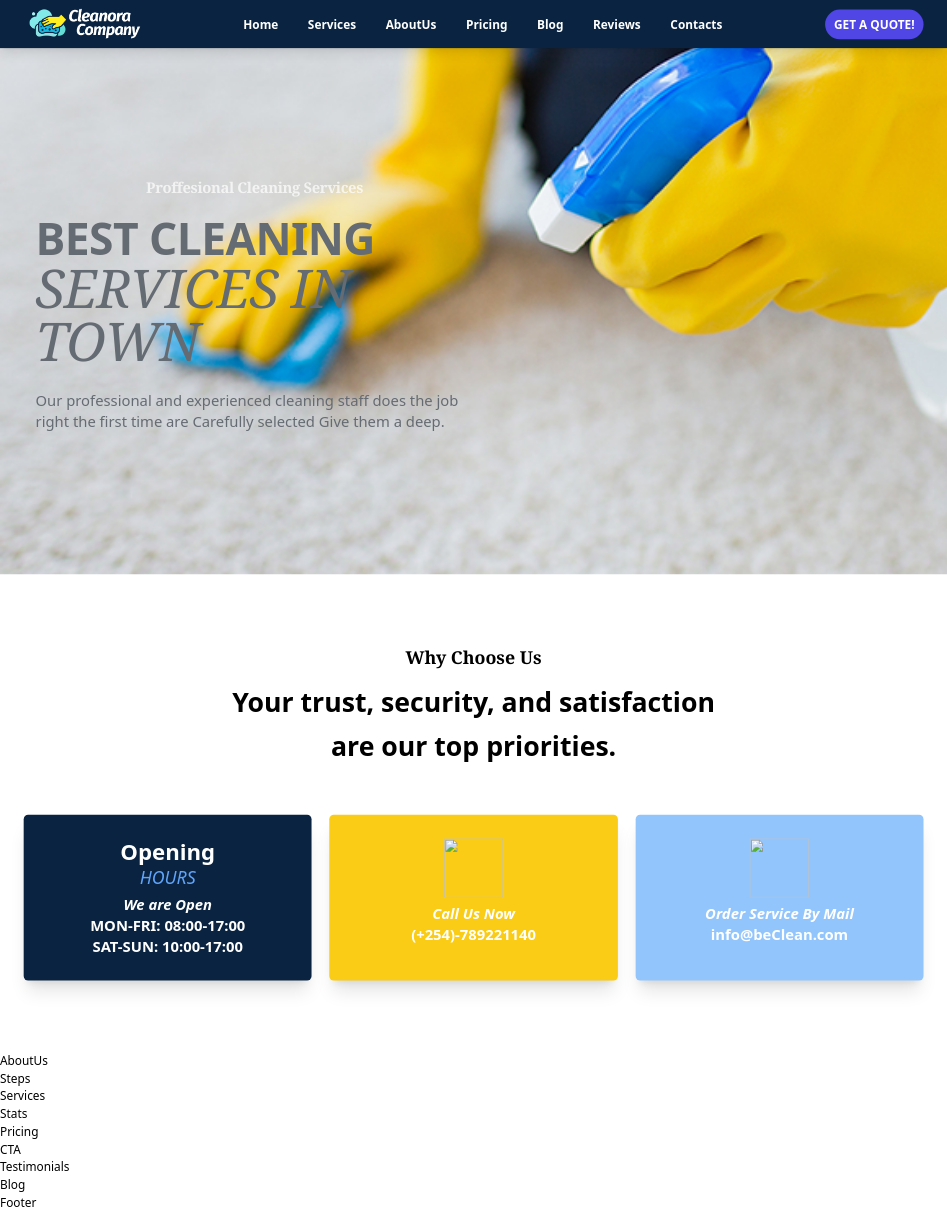
Repository: remydev47/cleonara
Page: /
These files come from the project's save history. The page is drawn as it stood at one moment and after the next save; the edit follows.
The browser window is 1280 px wide. The pictures show the whole page, at 74% of full size.
The project was rebuilt for these pictures with package versions that can differ from the ones it lists, and the page was loaded fresh each time. The framework's server and built-in components were replaced by stand-ins that run in the browser. Also part of the build but not shown: next.config.js.

Above is the page before, as saved 2022-11-01 12:50:10.
Not found: images/mail.png
Not found: images/smartphone.png

After the next save:
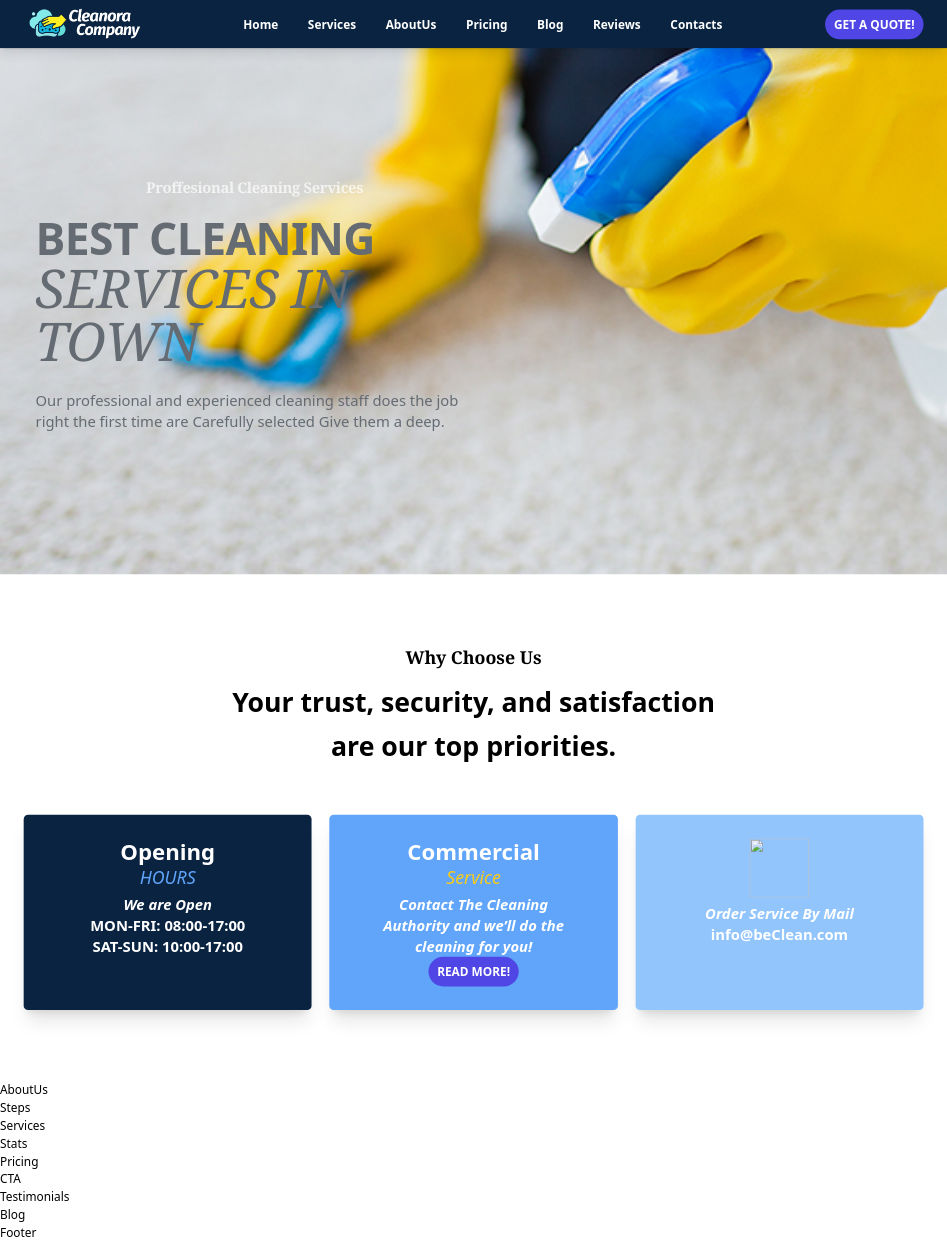
Saved 2 min 43 s later.
--- a/components/Offers.tsx
+++ b/components/Offers.tsx
@@ -1,4 +1,5 @@
 import React from 'react'
+import { Button } from './Button'
 
 const Offers = () => {
   return (
@@ -31,16 +32,19 @@
           </div>
         </div>
 
-        <div className="overflow-hidden bg-yellow-400 shadow-xl border-gray-300 rounded-md">
+        <div className="overflow-hidden bg-blue-400 shadow-xl border-gray-300 rounded-md">
           <div className="p-8 xl:px-12 flex flex-col items-center justify-center">
-             <div>
-               <img src='/images/smartphone.png' className='h-20 w-20'/>
+             <div className='flex flex-col'>
+               <h1 className='text-3xl font-semibold text-white'>Commercial</h1>
+               <span className='italic text-2xl text-yellow-400'>Service</span>
              </div>
              <h2 className='font-bold text-xl italic text-white text-center mt-2'>
-               Call Us Now
+                Contact The Cleaning Authority and we’ll do the cleaning for you!
              </h2>
-             <p className='text-xl text-white text-center font-bold'>
-              (+254)-789221140
+             <p>
+              <Button variant='solid'>
+                READ MORE!
+              </Button>
              </p>
           </div>
         </div>
